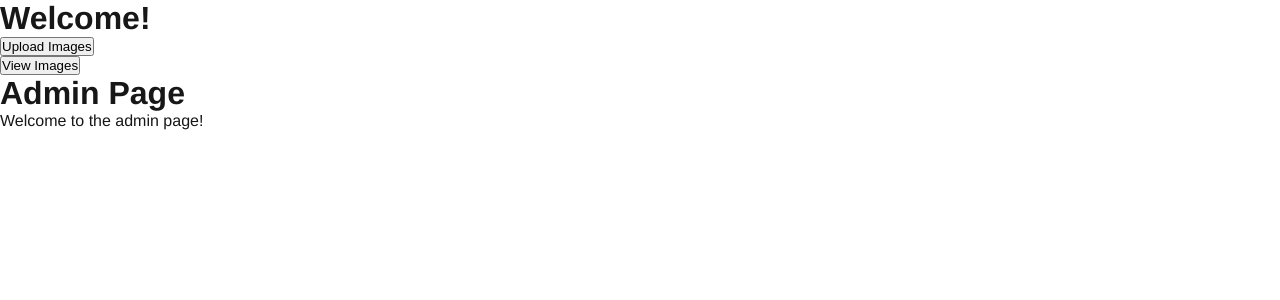
Repository: EricRobertCampbell/palaeo-fossil-classifier
Page: /dashboard (app in palaeo-fossil-classifier/), after clicking the first element matching `button.button`
These files come from the project's save history. The page is drawn as it stood at one moment and after the next save; the edit follows.
The browser window is 1280 px wide. The pictures show the whole page.
Some web libraries are served in a nearby version. The project was rebuilt for these pictures with package versions that can differ from the ones it lists, and the page was loaded fresh each time. The framework's server and built-in components were replaced by stand-ins that run in the browser. Also part of the build but not shown: palaeo-fossil-classifier/next.config.ts, palaeo-fossil-classifier/app/classify.tsx.

Above is the page before, as saved 2024-11-30 14:26:20.

After the next save:
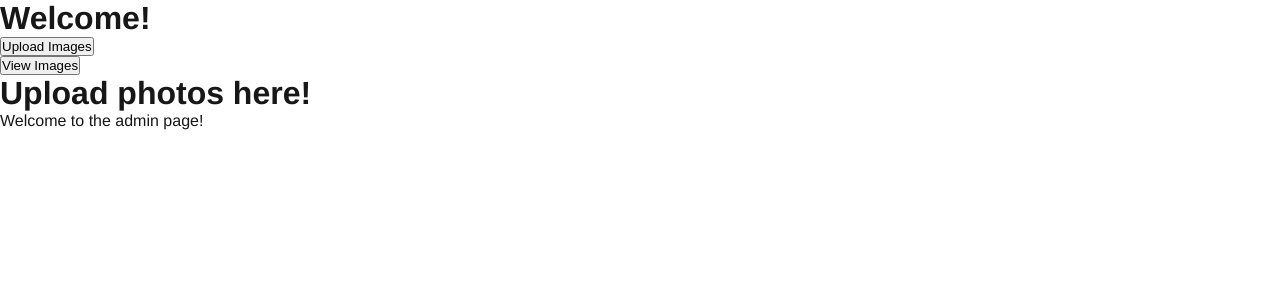
Saved 38 s later.
--- a/palaeo-fossil-classifier/app/admin.tsx
+++ b/palaeo-fossil-classifier/app/admin.tsx
@@ -3,7 +3,7 @@ import React from "react";
 export default function admin() {
   return (
     <div>
-      <h1>Admin Page</h1>
+      <h1>Upload photos here!</h1>
       <p>Welcome to the admin page!</p>
     </div>
   );
